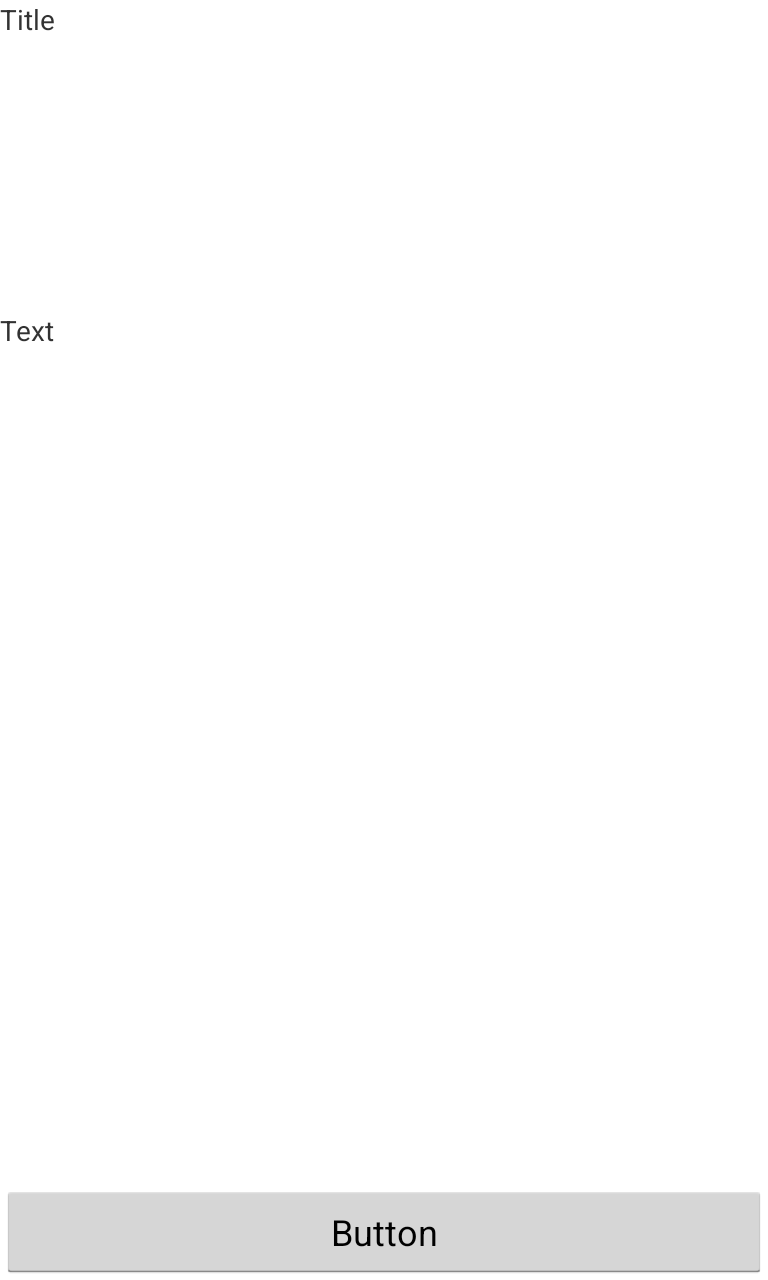
Repository: isitso/android_class
Layout: MyNotes/res/layout/display.xml
An editor plug-in stored every save of this project. The layout is shown before and after the next save, followed by the edit.
It is drawn on a 768 x 1280 px phone screen (xhdpi) without system bars, with theme AppTheme; the app's code is not run.

Above is the layout before, as saved 2014-05-05 23:00:07.

After the next save:
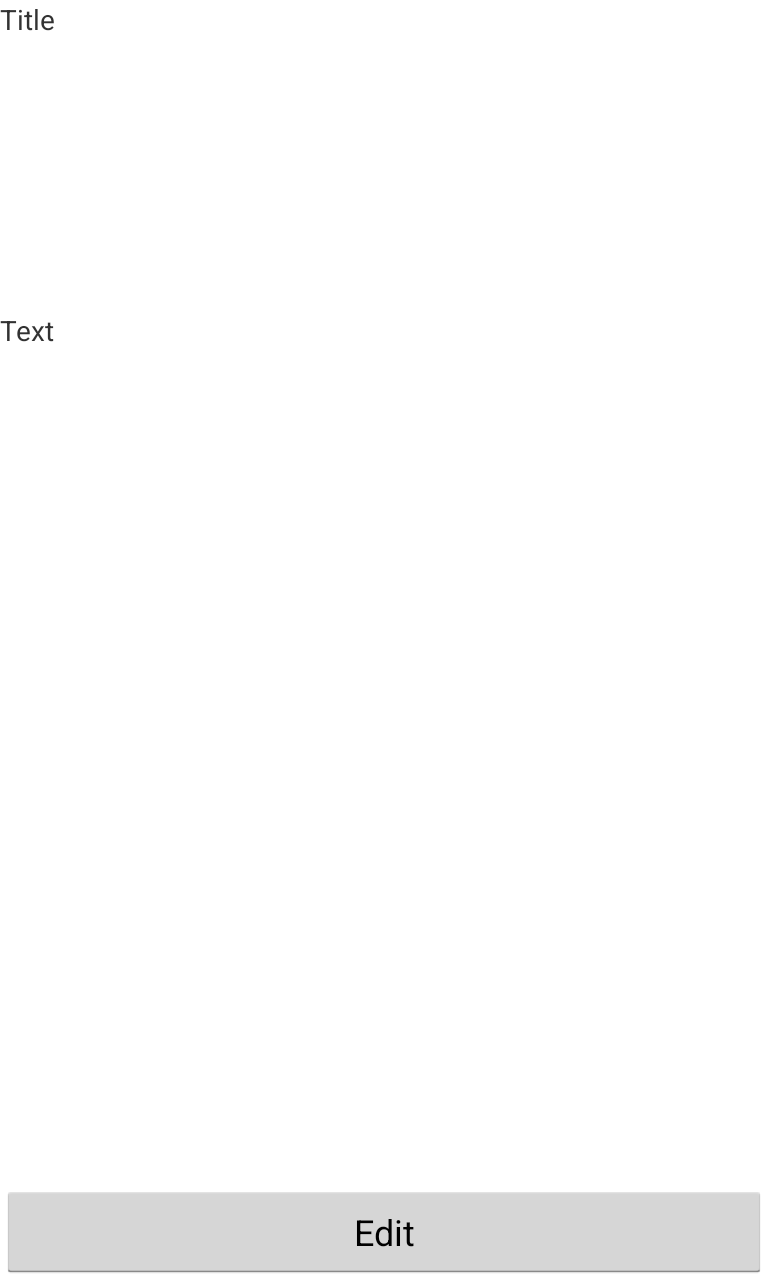
Saved 13 s later.
--- a/MyNotes/res/layout/display.xml
+++ b/MyNotes/res/layout/display.xml
@@ -22,6 +22,6 @@
         android:id="@+id/edit"
         android:layout_width="fill_parent"
         android:layout_height="wrap_content"
-        android:text="Button" />
+        android:text="Edit" />
 
 </LinearLayout>
